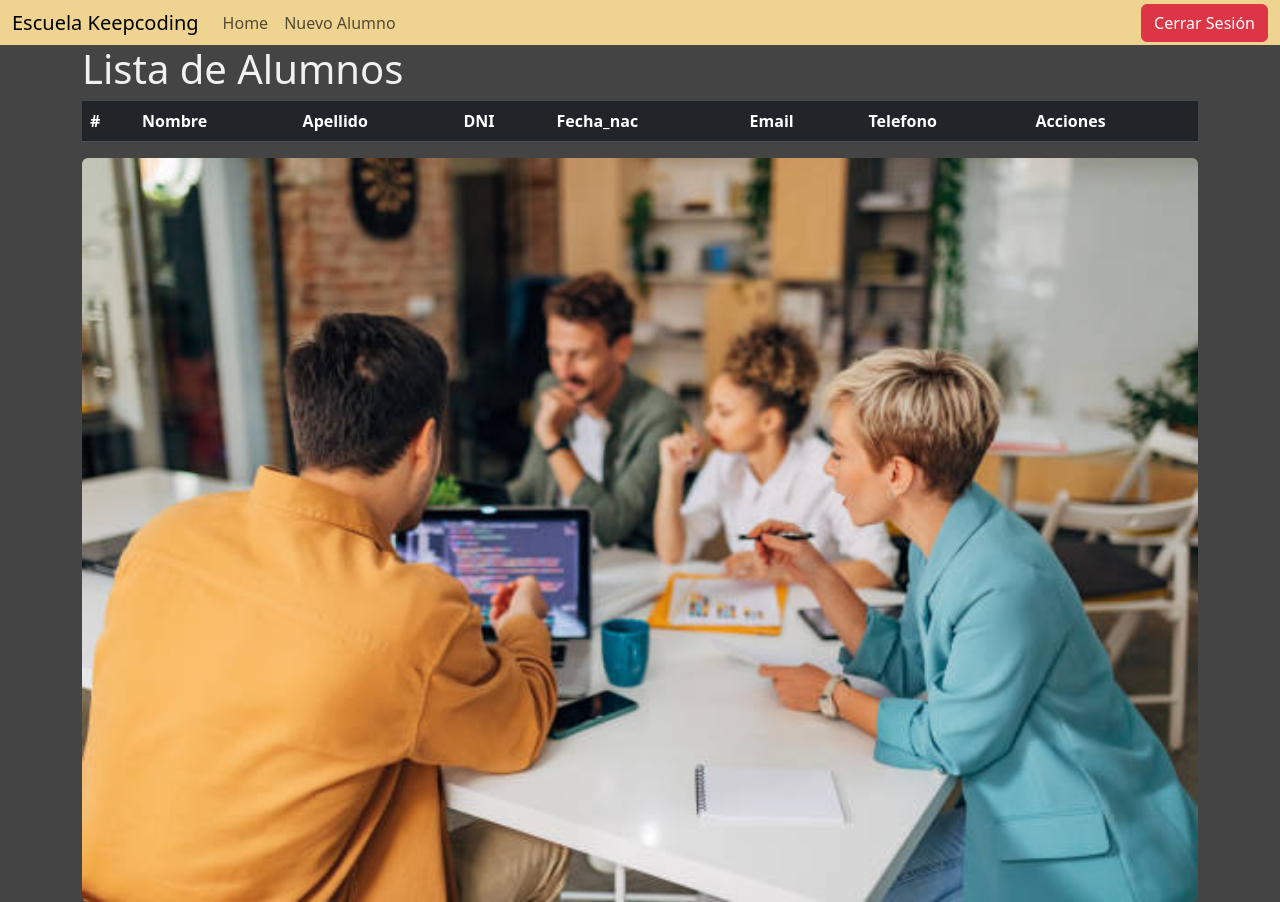
Repository: ChusmiPalos/EscuelaKeepcoding
Page: http://localhost/menu
These files come from the project's save history. The page is drawn as it stood at one moment and after the next save; the edit follows.
The browser window is 1280 px wide. The pictures show the whole page.
The page is this project's Thymeleaf template; nobody is signed in. The template is opened directly, without the code that normally fills it, so the values that code supplies are empty.

Above is the page before, as saved 2024-07-06 23:26:18.

### app-web-escuela/src/main/resources/templates/menu.html
<!DOCTYPE html>
<html xmlns:th="https://www.thymeleaf.org/">
<head th:include="fragments/cabecera :: cabecera"></head>
<body>
	<div th:include="fragments/menu_navegacion :: menu"></div>

	<div class="container">
		<div class="row">
			<h1>Lista de Alumnos</h1>
		</div>

		<table class="table table-striped">
			<thead class="table-dark">
				<tr>
					<th scope="col">#</th>
					<th scope="col">Nombre</th>
					<th scope="col">Apellido</th>
					<th scope="col">DNI</th>
					<th scope="col">Fecha_nac</th>
					<th scope="col">Email</th>
					<th scope="col">Telefono</th>
					<th scope="col">Acciones</th>
				</tr>
			</thead>
			<tbody>

				<tr th:each="alu: ${alumnos}">
					<td th:text="${alu.id}" scope="row"></td>
					<td th:text="${alu.nombre}"></td>
					<td th:text="${alu.apellido}"></td>
					<td th:text="${alu.dni}"></td>
					<td th:text="${alu.fecha_nac}"></td>
					<td th:text="${alu.email}"></td>
					<td th:text="${alu.telefono}"></td>
					<td><a class="btn btn-info"
						th:href=@{/alumno/editar/{id}(id=${alu.id})}>Editar</a> <a
						class="btn btn-danger"
						th:href=@{/alumno/delete/{id}(id=${alu.id})}
						onclick="return confirm('Estas seguro?');">Borrar</a></td>
				</tr>

			</tbody>
		</table>
		<img th:src="@{/images/alumnos.jpg}" class="rounded imagen_enmarcada" alt="Alumnos" width="100%">
	</div>


	<script
		src="https://cdn.jsdelivr.net/npm/bootstrap@5.3.3/dist/js/bootstrap.bundle.min.js"
		integrity="sha384-YvpcrYf0tY3lHB60NNkmXc5s9fDVZLESaAA55NDzOxhy9GkcIdslK1eN7N6jIeHz"
		crossorigin="anonymous"></script>
</body>
</html>

### app-web-escuela/src/main/resources/templates/fragments/cabecera.html
<!DOCTYPE html>
<html xmlns:th="http://www.thymeleaf.org">
<head th:fragment="cabecera">
    <meta charset="UTF-8">
    <meta name="viewport" content="width=device-width, initial-scale=1.0">
    <link rel="stylesheet" th:href="@{/css/style.css}">
    <link rel="icon" type="image/png" th:href="@{/images/icono.png}">
    <title>Escuela Keepcoding</title>
    <link
	href="https://cdn.jsdelivr.net/npm/bootstrap@5.3.3/dist/css/bootstrap.min.css"
	rel="stylesheet"
	integrity="sha384-QWTKZyjpPEjISv5WaRU9OFeRpok6YctnYmDr5pNlyT2bRjXh0JMhjY6hW+ALEwIH"
	crossorigin="anonymous">
</head>
<body>
</body>
</html>

### app-web-escuela/src/main/resources/templates/fragments/menu_navegacion.html
<!DOCTYPE html>
<html xmlns:th="http://www.thymeleaf.org">
<head>
    <title>Fragmentos</title>
</head>

<body>
    <div th:fragment="menu">
        <nav class="navbar navbar-expand-lg barra_navegacion">
            <div class="container-fluid">
                <a class="navbar-brand" th:href="@{/menu}">Escuela Keepcoding</a>
                <button class="navbar-toggler" type="button"
                    data-bs-toggle="collapse" data-bs-target="#navbarNav"
                    aria-controls="navbarNav" aria-expanded="false"
                    aria-label="Toggle navigation">
                    <span class="navbar-toggler-icon"></span>
                </button>
                <div class="collapse navbar-collapse" id="navbarNav">
                    <ul class="navbar-nav">
                        <li class="nav-item"><a class="nav-link"
                            aria-current="page" th:href="@{/menu}">Home</a></li>
                        <li class="nav-item"><a class="nav-link"
                            th:href="@{/alumno/new}">Nuevo Alumno</a></li>
                    </ul>
                </div>
                <a class="btn btn-danger" href="/login">Cerrar Sesión</a>
            </div>
        </nav>
    </div>
</body>
</html>

### app-web-escuela/src/main/resources/static/css/style.css
.barra_navegacion {
	background-color: #eed490;
	height: 45px;
}

.navbar-brand {
	font-size:120%;
}

.nav-item:hover{
	font-size: 120%;
}

body {
	background-color: #444444!important;
	color: #f1f1f1!important;
}

After the next save:
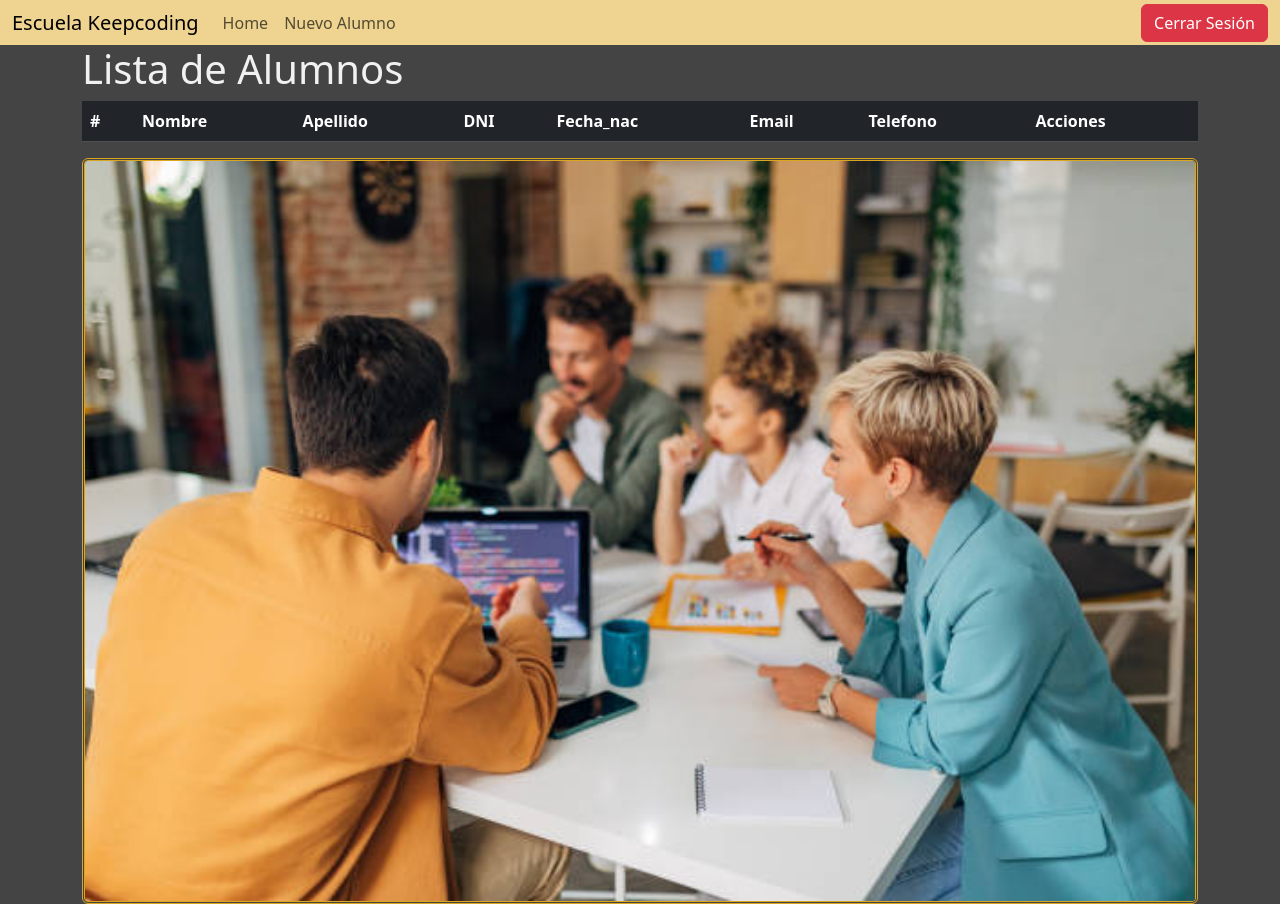
Saved 25 s later.
--- a/app-web-escuela/src/main/resources/static/css/style.css
+++ b/app-web-escuela/src/main/resources/static/css/style.css
@@ -5,6 +5,10 @@
 
 .navbar-brand {
 	font-size:120%;
+}
+
+.imagen_enmarcada {
+	border: 3px double goldenrod;
 }
 
 .nav-item:hover{
